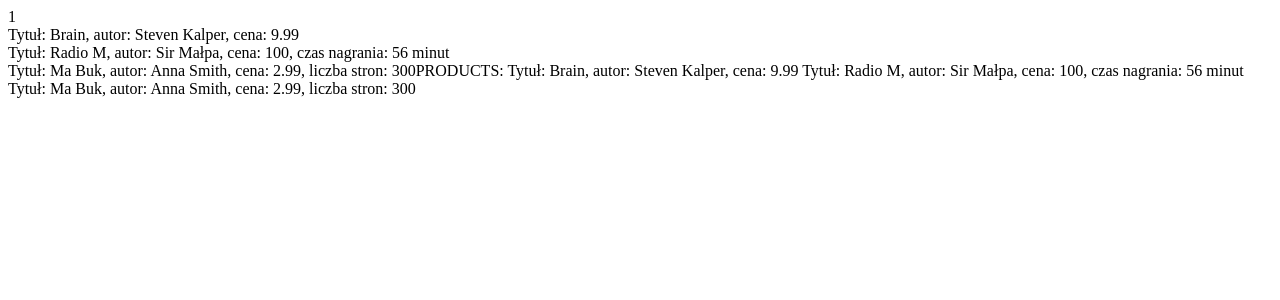
Repository: wojciechDrozd/php
Page: http://localhost/ShopProduct.php
These files come from the project's save history. The page is drawn as it stood at one moment and after the next save; the edit follows.
The browser window is 1280 px wide. The pictures show the whole page.
The page is run by PHP 8.4 with error messages shown; the project is at /var/www/html/.

Above is the page before, as saved 2017-03-04 14:21:36.

### Shop/ShopProduct.php
<?php

class ShopProduct{

	private $title;
	private $producerFirstName;
	private $producerLastName;
	protected $price;
	private $discount = 0;
	const AVAILABLE = 1;
	const OUT_OF_STOCK = 0;

	public function __construct($title, $producerFirstName, $producerLastName,$price){
		$this->title = $title;
		$this->producerFirstName = $producerFirstName;
		$this->producerLastName = $producerLastName;
		$this->price = $price;
	}

	public function getTitle(){
		return $this->title;
	}

	public function setDiscount($dis){
		$this->discount = $dis;
	}

	public function getPrice(){
		return ($this->price - $this->getDiscount());
	}

	public function getProducerFirstName(){
		return $this->producerFirstName;
	}

	public function getProducerLastName(){
		return $this->producerLastName;
	}

	public function getDiscount(){
		return $this->discount;
	}

	public function getProducer(){
		return "{$this->getProducerFirstName()} ".
		"{$this->getProducerLastName()}";
	}

	public function getSummaryLine(){
		return "Tytuł: {$this->getTitle()}, ".
		" autor: {$this->getProducer()}, ".
		"cena: {$this->getPrice()}";
	}

}
class CdProduct extends ShopProduct{
	private $playLength = 0;

	public function __construct($title, $firstName, $lastName, $price, $length){
		parent::__construct($title,$firstName,$lastName,$price);
		$this->playLength = $length;
	}

	public function getPlayLength(){
		return $this->playLength;
	}

	public function getSummaryLine(){
		return parent::getSummaryLine().", czas nagrania: {$this->getPlayLength()} minut";
	}
}
class BookProduct extends ShopProduct{

	private $numPages = 0;

	public function __construct($title,$first,$last,$price,$num){
		parent::__construct($title, $first, $last, $price);
		$this->numPages = $num;
	}

	public function getNumberOfPages(){
		return $this->numPages;
	}

	public function getSummaryLine(){
		return parent::getSummaryLine().", liczba stron: {$this->getNumberOfPages()}";
	}
}
abstract class ShopProductWriter{

	protected $products = array();

	public function addProduct(ShopProduct $shopProduct){
		$this->products[] = $shopProduct;
	}

	abstract public function write();
}
class XmlProductWriter extends ShopProductWriter{
	public function write(){
		$writer = new XMLWriter();
		$writer->openMemory();
		$writer->startDocument('1.0','UTF-8');
		$writer->startElement("products");
		foreach ($this->products as $shopProduct){
			$writer->startElement("product");
			$writer->writeAttribute("title", $shopProduct->getTitle());
			$writer->startElement("summary");
			$writer->text($shopProduct->getSummaryLine());
			$writer->endElement();//element summary
			$writer->endElement();//element product

		}

		$writer->endElement();
		$writer->endDocument();
		print $writer->flush();
	}
}
class TextProductWriter extends ShopProductWriter {
	public function write(){
		$str = "PRODUCTS:\n";
		foreach($this->products as $shopProduct){
			$str .= $shopProduct->getSummaryLine()."\n";
		}
		print $str;
	}
}

//================================================================================================//

print ShopProduct::AVAILABLE;
print "<br>";

$shopProduct = new ShopProduct("Brain", "Steven", "Kalper", 9.99);
print "{$shopProduct->getSummaryLine()}"."<br>";

$cdProduct = new CdProduct("Radio M", "Sir", "Małpa", 100, 56);
print $cdProduct->getSummaryLine()."<br>";

$bookProduct = new BookProduct("Ma Buk", "Anna", "Smith", 2.99, 300);
print $bookProduct->getSummaryLine();

$mywriter = new TextProductWriter();
$mywriter->addProduct($shopProduct);
$mywriter->addProduct($cdProduct);
$mywriter->addProduct($bookProduct);

$mywriter->write();


?>

After the next save:
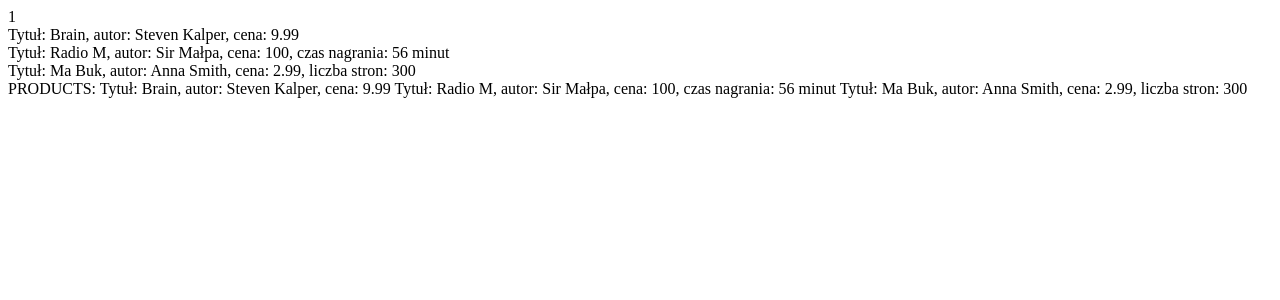
Saved 20 s later.
--- a/Shop/ShopProduct.php
+++ b/Shop/ShopProduct.php
@@ -139,7 +139,7 @@ $cdProduct = new CdProduct("Radio M", "Sir", "Małpa", 100, 56);
 print $cdProduct->getSummaryLine()."<br>";
 
 $bookProduct = new BookProduct("Ma Buk", "Anna", "Smith", 2.99, 300);
-print $bookProduct->getSummaryLine();
+print $bookProduct->getSummaryLine()."<br>";
 
 $mywriter = new TextProductWriter();
 $mywriter->addProduct($shopProduct);
